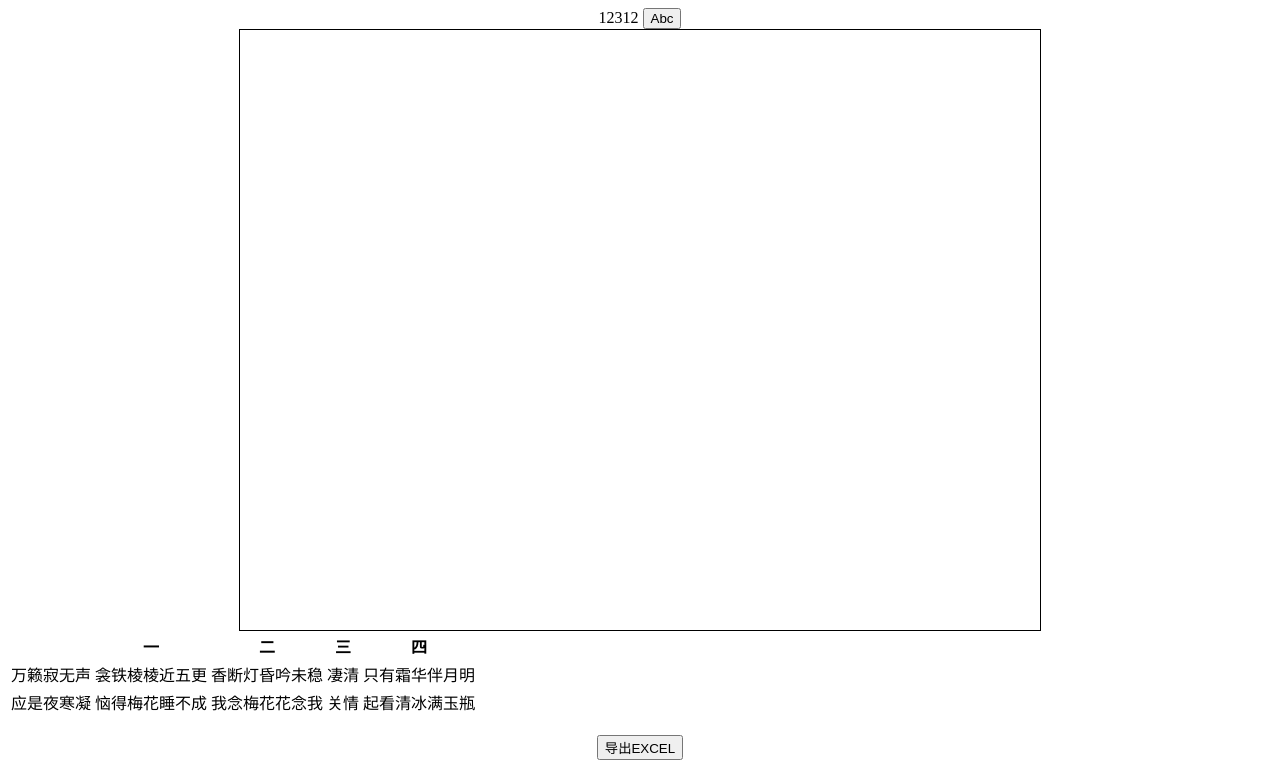
Repository: ycdtc/movie
Page: aaa/WebContent/index.html
These files come from the project's save history. The page is drawn as it stood at one moment and after the next save; the edit follows.
The browser window is 1280 px wide. The pictures show the whole page.
Some web libraries are served in a nearby version.

Above is the page before, as saved 2017-07-03 09:58:24.

After the next save:
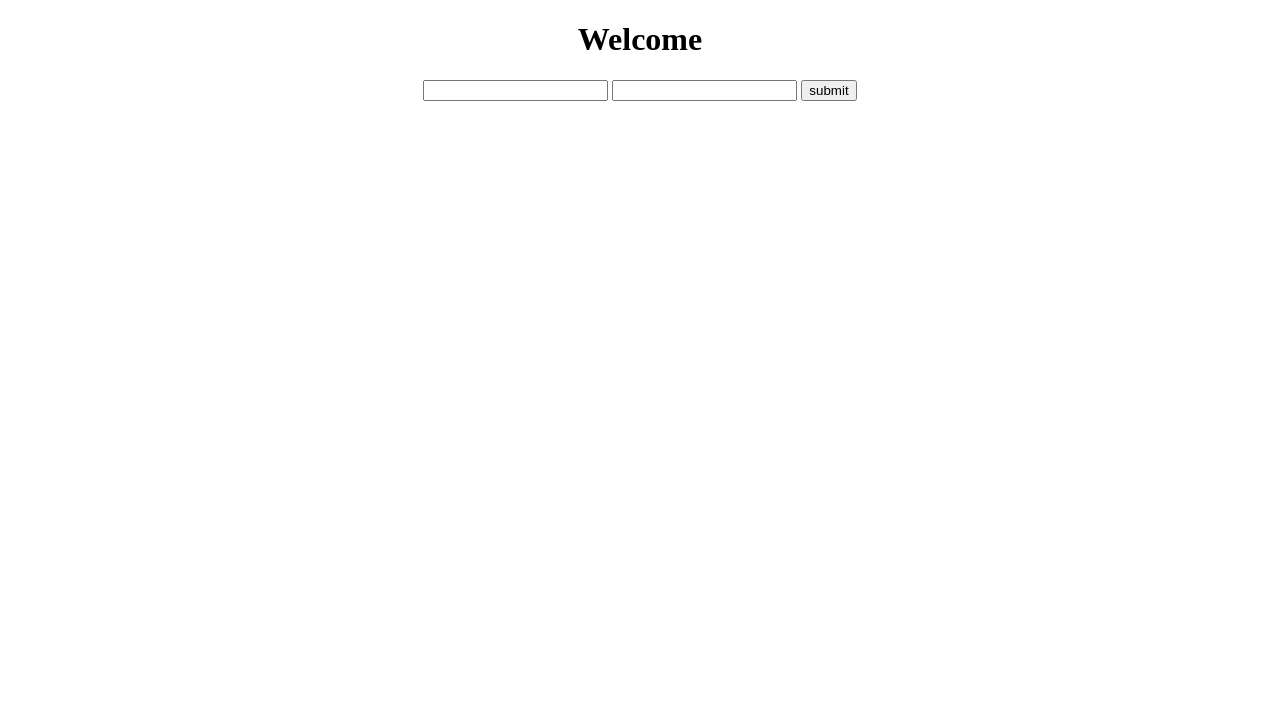
Saved 16 h 12 min later.
--- a/aaa/WebContent/index.html
+++ b/aaa/WebContent/index.html
@@ -7,45 +7,14 @@
 <title>Insert title here</title>
 </head>
 <body>
-12312
-<button id="abc">Abc</button>
-<div id = "chart"> </div>
-    <table id="ta">
-        <tr>
-            <th></th>
-            <th>一</th>
-            <th>二</th>
-            <th>三</th>
-            <th>四</th>
-        </tr>
-        <tr>
-            <td>万籁寂无声</td>
-            <td>衾铁棱棱近五更</td>
-            <td>香断灯昏吟未稳</td>
-            <td>凄清</td>
-            <td>只有霜华伴月明</td>
-        </tr>
-        <tr>
-            <td>应是夜寒凝</td>
-            <td>恼得梅花睡不成</td>
-            <td>我念梅花花念我</td>
-            <td>关情</td>
-            <td>起看清冰满玉瓶</td>
-        </tr>
-    </table>
-    <br/>
-    <input type="button" value="导出EXCEL" onclick="method1('ta')" />
+<h1>Welcome</h1>
+<input type="text" />
+<input type="password" />
+<button>submit</button>
 </body>
 <script>
 	$("#abc").click(function(e){
-		//location.href = "hr.html?id=123"
-		$("#chart").empty();
-		$("<canvas id=\"can1\" height=\"600\" width=\"800\"></canvas>").appendTo($("#chart"));
-		//drawPie("can1",[10,20,30,25],["market","human resource","finance","sales"]);
-		drawLine("can1",[[1000,1200,500,800,600,700],[1200,500,800,600,700,900]],["market","human resources"],[1,2,3,4,5,6]);
-		//drawRect("can1",[10,20,30,40],["market","human resource","finance","sales"]);
-		console.log(dbSearch("D:/data/user.txt",{"username":"123","password":"1234"}).length);
-		dbUpdate("D:/data/user.txt",{"username":"123"},{"password":"abc"});
+
 	});
 
 
